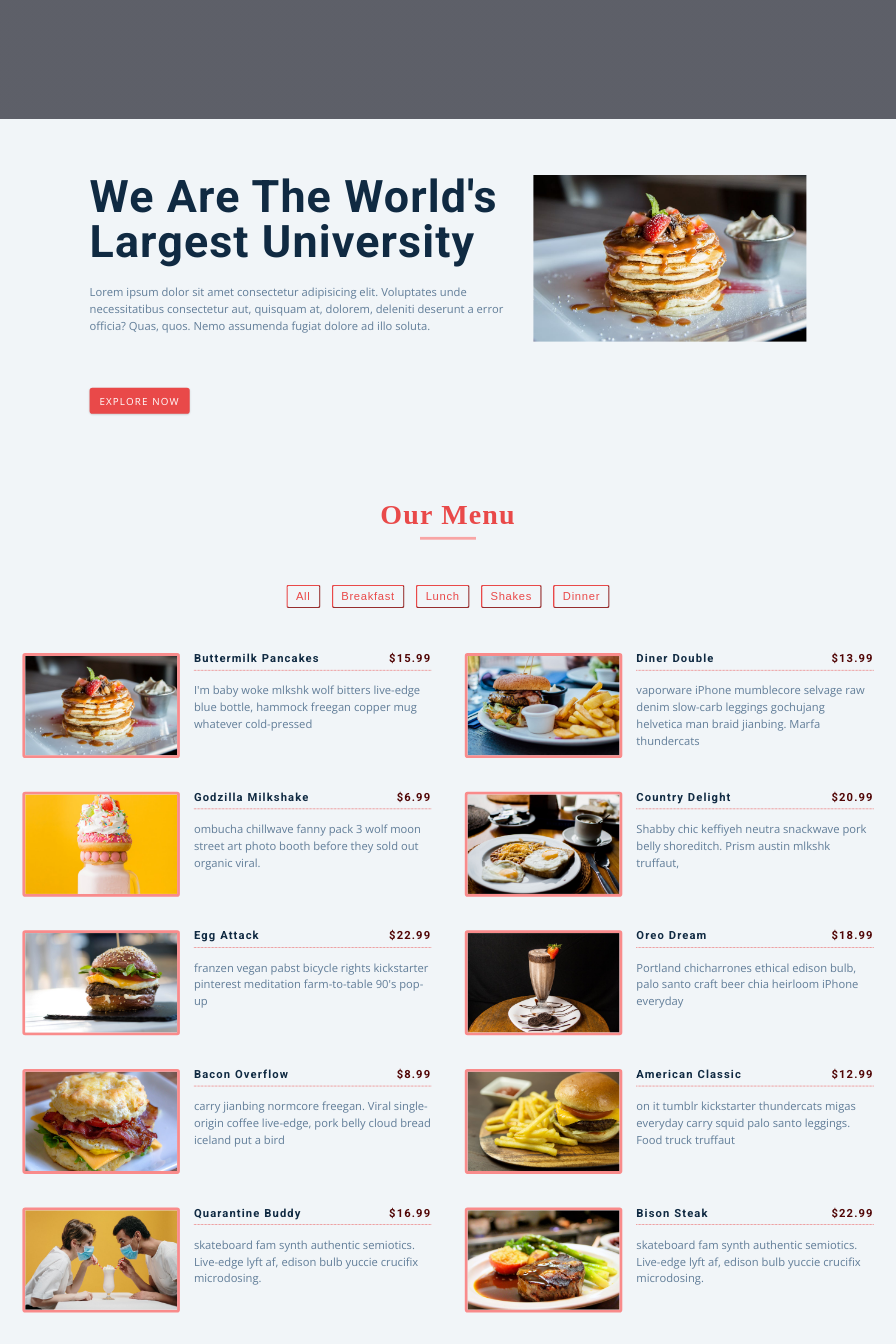
Repository: xoshiraghavx/Food-you
Page: index.html
An editor plug-in stored every save of this project. The page is shown before and after the next save, followed by the edit.
The browser window is 1280 px wide. The pictures show the part of the page from y = 550 to 2470 px (the page is 3226 px tall before and 3394 px after), at 70% of full size.
Pictures or frames that could not be fetched are drawn as grey boxes. Some web libraries are served in a nearby version.

Above is the page before, as saved 2022-12-03 09:17:59.

### index.html
<!DOCTYPE html>
<html lang="en">
  <head>
    <meta charset="UTF-8" />
    <meta name="viewport" content="width=device-width, initial-scale=1.0" />
    <title>interior design</title>
    <!-- font-awesome -->
    <link
      rel="stylesheet"
      href="https://cdnjs.cloudflare.com/ajax/libs/font-awesome/5.14.0/css/all.min.css"
    />

    <!-- styles -->
    <link rel="stylesheet" href="styles.css" />
  </head>
  <body>
<nav>
  <div class="nav-center">
    <div class="nav-header">
      <div class="logo-div">
      <img src="./img/logo.png" alt="logo" class="logo">
      <div class="logo-name">
      <p><span id="color"><b>FOOD </b><br><i>& you</i></span></p>
    </div>
    </div>
      <button class="nav-toggle">
        <i class="fas fa-bars"></i>
      </button>
    </div>
    <!-- links -->
    <!-- <ul class="links">

      <li>
        <a href="index.html">home</a>
      </li>
      <li>
    </ul> -->
    <!-- social media -->
    <ul class="social-icons">
      <li>
        <a href="https://www.facebook.com">
          <i class="fab fa-facebook"></i>
        </a>
      </li>
      <li>
        <a href="https://www.twitter.com">
          <i class="fab fa-twitter"></i>
        </a>
      </li>
      <li>
        <a href="https://www.instagram.com">
          <i class="fab fa-instagram"></i>
        </a>
      </li>
      <li>
        <a href="https://www.linkedin.com">
          <i class="fab fa-linkedin"></i>
        </a>
      </li>
      <li>
        <a href="https://www.twitter.com">
          <i class="fab fa-sketch"></i>
        </a>
      </li>
    </ul>
  </div>
</nav>
<header class="hero">
  <div class="banner">
    <h2>Looking for some food!</h2>
    <button class="btn modal-btn">Order Now</button>
  </div>
</header>
<div class="modal-overlay">
  <div class="modal-container">
    <br>
    <h3>Title</h3>
    <p>Lorem ipsum dolor sit amet consectetur adipisicing elit. Illo deleniti eum mollitia distinctio! Nesciunt dolor minima animi esse officia! Recusandae? Lorem ipsum dolor sit amet consectetur, adipisicing elit. Aspernatur, hic.</p>
    <button class="close-btn">
      <i class="fas fa-times"> </i>
    </button>
  </div>
</div>
    <!-- -------about us content---------->
    <section class="about-us">
      <div class="row">
          <div class="about-col">
              <h1>We are the world's largest university</h1>
              <p>Lorem ipsum dolor sit amet consectetur adipisicing elit. Voluptates unde necessitatibus consectetur aut, quisquam at, dolorem, deleniti deserunt a error officia? Quas, quos. Nemo assumenda fugiat dolore ad illo soluta.</p>
              <a href="" class="btn modal-btn">EXPLORE NOW</a>
          </div>
          <div class="about-col">
              <img src="./img/item-1.jpeg" alt="">
          </div>
      </div>
  </section>
<section class="menu">
  <div class="title">
    <h2>Our Menu</h2>
    <div class="underline"></div>
  </div>
  <div class="btn-container">
    <!-- <button class="filter-btn" type="button" data-id="all">all</button>
    <button class="filter-btn" type="button"data-id="breakfast">breakfast</button>
    <button class="filter-btn" type="button" data-id="lunch">lunch</button>
    <button class="filter-btn" type="button" data-id="shakes">shakes</button> -->
  </div>
    <div class="section-center">
      <!-- <article class="menu-item">
        <img src="./menu-item.jpeg" class="photo" alt="menu item">
        <div class="item-info">
          <header>
            <h4>buttermilk pancakes</h4>
            <h4 class="price">Rs 600/-</h4>
          </header>
          <p class="item-text">Lorem ipsum, dolor sit amet consectetur adipisicing elit. Dolore totam aliquid ut eius architecto magni cumque explicabo voluptate, repudiandae harum.</p>
        </div>
      </article> -->
    </div>
</section>
<section class="questions">
  <div class="title">
    <h2>general questions</h2>
  </div>
  <div class="question-center">
    <article class="question">
      <div class="question-title">
      <p>When will my order be delivered?</p>
      <button type="button" class="question-btn">
        <span class="plus-icon">
      <i class="far fa-plus-square"></i>
        </span>

        <span class="minus-icon">
      <i class="far fa-minus-square"></i>
        </span>

      </button>
    </div>
    <div class="question-text">
      <p>Estimated delivery are given against each products. While sincere efforts are being made to deliver the products within the given time frame factors like, availability, festive seasons, courier delays are bound to happen. These factors are constantly monitored to keep any inordinate delays under control.</p>
    </div>
    </article>
    <article class="question">
      <div class="question-title">
      <p>Do you offer Cash on Delivery?</p>
      <button type="button" class="question-btn">
        <span class="plus-icon">
      <i class="far fa-plus-square"></i>
        </span>

        <span class="minus-icon">
      <i class="far fa-minus-square"></i>
        </span>

      </button>
    </div>
    <div class="question-text">
      <p>Yes. We offer Cash on Delivery which most of the other websites don't offer.</p>
    </div>
    </article>
    <article class="question">
      <div class="question-title">
      <p>do you use organic indegridents?</p>
      <button type="button" class="question-btn">
        <span class="plus-icon">
      <i class="far fa-plus-square"></i>
        </span>

        <span class="minus-icon">
      <i class="far fa-minus-square"></i>
        </span>

      </button>
    </div>
    <div class="question-text">
      <p>We deliver the products that are fresh and systems are kept in place to source the best products and safely consign them to you. We don't stock the products but place once we receive orders.</p>
    </div>
    </article>
  </div>
</section>
<!-- --------footer--------- -->
<section class="footer">
  <h4 id="color">Food & you</h4>
  <p>Fulfill your comfort food cravings here.</p>
  <ul class="icons">
    <li>
      <a href="https://www.facebook.com">
        <i class="fab fa-facebook"></i>
      </a>
    </li>
    <li>
      <a href="https://www.twitter.com">
        <i class="fab fa-twitter"></i>
      </a>
    </li>
    <li>
      <a href="https://www.instagram.com">
        <i class="fab fa-instagram"></i>
      </a>
    </li>
    <li>
      <a href="https://www.linkedin.com">
        <i class="fab fa-linkedin"></i>
      </a>
    </li>
  </ul>
  <p>Made by <b id="color">oshi Raghav</b></p>
</section>
<!-- javascript -->
    <script src="app.js"></script>
  </body>
</html>

### styles.css
/*
===============
Fonts
===============
*/
@import url('https://fonts.googleapis.com/css?family=Open+Sans|Roboto:400,700&display=swap');

/*
===============
Variables
===============
*/

:root {
  /* dark shades of primary color*/
  --clr-primary-1: hsl(0, 86%, 17%);
  --clr-primary-2: hsl(0, 77%, 27%);
  --clr-primary-3: hsl(0, 72%, 37%);
  --clr-primary-4: hsl(0, 63%, 48%);
  /* primary/main color */
  --clr-primary-5: hsl(0, 78%, 60%);
  /* lighter shades of primary color */
  --clr-primary-6: hsl(0, 90%, 70%);
  --clr-primary-7: hsl(0, 90%, 76%);
  --clr-primary-8: hsl(0, 86%, 81%);
  --clr-primary-9: hsl(0, 90%, 88%);
  --clr-primary-10: hsl(0, 100%, 96%);
  /* darkest grey - used for headings */
  --clr-grey-1: hsl(209, 61%, 16%);
  --clr-grey-2: hsl(211, 39%, 23%);
  --clr-grey-3: hsl(209, 34%, 30%);
  --clr-grey-4: hsl(209, 28%, 39%);
  /* grey used for paragraphs */
  --clr-grey-5: hsl(210, 22%, 49%);
  --clr-grey-6: hsl(209, 23%, 60%);
  --clr-grey-7: hsl(211, 27%, 70%);
  --clr-grey-8: hsl(210, 31%, 80%);
  --clr-grey-9: hsl(212, 33%, 89%);
  --clr-grey-10: hsl(210, 36%, 96%);
  --clr-white: #fff;
  --clr-red-dark: hsl(360, 67%, 44%);
  --clr-red-light: hsl(360, 71%, 66%);
  --clr-green-dark: hsl(125, 67%, 44%);
  --clr-green-light: hsl(125, 71%, 66%);
  --clr-black: #222;
  --ff-primary: 'Roboto', sans-serif;
  --ff-secondary: 'Open Sans', sans-serif;
  --transition: all 0.3s linear;
  --spacing: 0.1rem;
  --radius: 0.25rem;
  --light-shadow: 0 5px 15px rgba(0, 0, 0, 0.1);
  --dark-shadow: 0 5px 15px rgba(0, 0, 0, 0.2);
  --max-width: 1170px;
  --fixed-width: 620px;
}
/*
===============
Global Styles
===============
*/

*,
::after,
::before {
  margin: 0;
  padding: 0;
  box-sizing: border-box;
}
body {
  font-family: var(--ff-secondary);
  background: var(--clr-grey-10);
  color: var(--clr-grey-1);
  line-height: 1.5;
  font-size: 0.875rem;
}
ul {
  list-style-type: none;
}
a {
  text-decoration: none;
}
img:not(.logo) {
  width: 100%;
}
img {
  display: block;
}
h1,
h2,
h3,
h4 {
  letter-spacing: var(--spacing);
  text-transform: capitalize;
  line-height: 1.25;
  margin-bottom: 0.75rem;
  font-family: var(--ff-primary);
}
h1 {
  font-size: 3rem;
}
h2 {
  font-size: 2rem;
}
h3 {
  font-size: 1.25rem;
}
h4 {
  font-size: 0.875rem;
}
p {
  margin-bottom: 1.25rem;
  color: var(--clr-grey-5);
}
@media screen and (min-width: 800px) {
  h1 {
    font-size: 4rem;
  }
  h2 {
    font-size: 2.5rem;
  }
  h3 {
    font-size: 1.75rem;
  }
  h4 {
    font-size: 1rem;
  }
  body {
    font-size: 1rem;
  }
  h1,
  h2,
  h3,
  h4 {
    line-height: 1;
  }
}
/*  global classes */
.btn {
  text-transform: uppercase;
  background: transparent;
  color: var(--clr-black);
  padding: 0.375rem 0.75rem;
  letter-spacing: var(--spacing);
  display: inline-block;
  transition: var(--transition);
  font-size: 0.875rem;
  border: 2px solid var(--clr-black);
  cursor: pointer;
  box-shadow: 0 1px 3px rgba(0, 0, 0, 0.2);
  border-radius: var(--radius);
}
.btn:hover {
  color: var(--clr-white);
  background: var(--clr-black);
}
/* section */
.section {
  padding: 5rem 0;
}


@media screen and (min-width: 992px) {
  .section-center .question-center {
    width: 95vw;
  }
}
main {
  min-height: 100vh;
  display: grid;
  place-items: center;
}

/*
===============
Navbar
===============
*/
nav {
  background: var(--clr-white);
  box-shadow: var(--light-shadow);
  position: fixed;
  width: 100%;
}
.nav-header {
  display: flex;
  align-items: center;
  justify-content: space-between;
  padding: 1rem;
}
.nav-toggle {
  font-size: 1.5rem;
  color: var(--clr-primary-5);
  background: transparent;
  border-color: transparent;
  transition: var(--transition);
  cursor: pointer;
}
.nav-toggle:hover {
  color: var(--clr-primary-1);
  transform: rotate(90deg);
}
.logo-div{
  display: flex;
}
.logo {
  height: 90px;
  width: 90px;
}
.logo-name{
  margin-top: 20px;
}
#color{
  color: var(--clr-red-dark);

}
/* .links a {
  color: var(--clr-grey-3);
  font-size: 1rem;
  text-transform: capitalize;
  letter-spacing: var(--spacing);
  display: block;
  padding: 0.5rem 1rem;
  transition: var(--transition);
}
.links a:hover {
  background: var(--clr-primary-8);
  color: var(--clr-primary-5);
  padding-left: 1.5rem;
} */
.social-icons {
  display: none;
}
/* .links {
  height: 0;
  overflow: hidden;
  transition: var(--transition);
} */
.show-links {
  height: 10rem;
}
@media screen and (min-width: 800px) {
  .nav-center {
    max-width: 1170px;
    margin: 0 auto;
    display: flex;
    align-items: center;
    justify-content: space-between;
    padding: 1rem;
  }
  .nav-header {
    padding: 0;
  }
  .nav-toggle {
    display: none;
  }
  /* .links {
    height: auto;
    display: flex;
  }
  .links a {
    padding: 0;
    margin: 0 0.5rem;
  }
  .links a:hover {
    padding: 0;
    background: transparent;
  } */

  .social-icons {
    display: flex;
  }
  .social-icons a {
    margin: 0 0.5rem;
    color: var(--clr-primary-4);
    transition: var(--transition);
  }
  .social-icons a:hover {
    color: var(--clr-primary-7);
  }
}
/* modal css  */
.hero {
  height: 100vh;
  background: linear-gradient(rgba(4, 9, 30, 0.421),rgba(4, 9, 30, 0.421)),url("https://discovertemplate.com/wp-content/uploads/2020/11/DT_G62_Food-drink-Animated-GIF-Icon-Pack.gif") center/cover no-repeat;
  display: grid;
  place-items: center;
}
.banner {
  background: var(--clr-white);
  padding: 4rem 0;
  border-radius: var(--radius);
  box-shadow: var(--light-shadow);
  text-align: center;
  width: 90vw;
  max-width: var(--fixed-width);
}
.modal-btn {
  margin-top: 2rem;
  background: var(--clr-primary-5);
  border-color: var(--clr-primary-5);
  color: var(--clr-white);
}
.modal-btn:hover {
  background: transparent;
  color: var(--clr-primary-5);
}
.modal-overlay {
  position: fixed;
  top: 0;
  left: 0;
  width: 100%;
  height: 100%;
  background: hsla(209, 61%, 16%, 0.77);
  display: grid;
  place-items: center;
  transition: var(--transition);
  visibility: hidden;
  z-index: -10;
}
/* OPEN/CLOSE MODAL */
.open-modal {
  visibility: visible;
  z-index: 10;
}
.modal-container {
  background: var(--clr-white);
  border-radius: var(--radius);
  width: 90vw;
  height: 30vh;
  max-width: var(--fixed-width);
  text-align: center;
  display: grid;
  place-items: center;
  position: relative;
}
.close-btn {
  position: absolute;
  top: 1rem;
  right: 1rem;
  font-size: 2rem;
  background: transparent;
  border-color: transparent;
  color: var(--clr-red-dark);
  cursor: pointer;
  transition: var(--transition);
}
.close-btn:hover {
  color: var(--clr-red-light);
  transform: scale(1.3);
}
/* menu css */

.menu {
  padding: 1rem 0;
}
.title {
  text-align: center;
  margin-bottom: 2rem;
}
.underline {
  width: 5rem;
  height: 0.25rem;
  background: var(--clr-primary-8);
  margin-left: auto;
  margin-right: auto;
}
.btn-container {
  margin-bottom: 4rem;
  display: flex;
  justify-content: center;
}
.filter-btn {
  background: transparent;
  border-color: var(--clr-primary-5);
  font-size: 1rem;
  text-transform: capitalize;
  margin: 0 0.5rem;
  letter-spacing: 1px;
  border-radius: var(--radius);
  padding: 0.375rem 0.75rem;
  color: var(--clr-primary-5);
  cursor: pointer;
  transition: var(--transition);
}
.filter-btn:hover {
  background: var(--clr-primary-5);
  color: var(--clr-white);
}
.section-center .question-center{
  width: 90vw;
  max-width: 1170px;
}
.section-center{
  display: grid;
  margin: 0 auto;
  gap: 3rem 3rem;
  justify-items: center;
}
.menu-item {
  display: grid;
  gap: 1rem 2rem;
  max-width: 25rem;
}
.photo {
  object-fit: cover;
  height: 200px;
  border: 0.25rem solid var(--clr-primary-7);
  border-radius: var(--radius);
}
.item-info header {
  display: flex;
  justify-content: space-between;
  border-bottom: 0.5px dotted var(--clr-primary-5);
}
.item-info h4 {
  margin-bottom: 0.5rem;
}
.price {
  color: var(--clr-primary-1);
}
.item-text {
  margin-bottom: 0;
  padding-top: 1rem;
}

@media screen and (min-width: 768px) {
  .menu-item {
    grid-template-columns: 225px 1fr;
    gap: 0 1.25rem;
    max-width: 40rem;
  }
  .photo {
    height: 175px;
  }
}
@media screen and (min-width: 1200px) {
  .section-center {
    width: 95vw;
    grid-template-columns: 1fr 1fr;
  }
  .photo {
    height: 150px;
  }
}

/*
===============
Questions
===============
*/
.title {
  margin-top: 15vh;
  margin-bottom: 4rem;
}
.title h2 {
  color: var(--clr-primary-5);
  font-family: "Great Vibes", cursive;
  text-align: center;
}
.question-center {
  max-width: var(--fixed-width);
  margin: 0 auto;
}
.question {
  background: var(--clr-white);
  border-radius: var(--radius);
  box-shadow: var(--light-shadow);
  padding: 1.5rem 1.5rem 0 1.5rem;
  margin-bottom: 2rem;
}
.question-title {
  display: flex;
  justify-content: space-between;
  align-items: center;
  text-transform: capitalize;
  padding-bottom: 1rem;
}
.question-title p {
  margin-bottom: 0;
  letter-spacing: var(--spacing);
  color: var(--clr-grey-1);
}
.question-btn {
  font-size: 1.5rem;
  background: transparent;
  border-color: transparent;
  cursor: pointer;
  color: var(--clr-primary-5);
  transition: var(--transition);
}
.question-btn:hover {
  transform: rotate(90deg);
}
.question-text {
  padding: 1rem 0 1.5rem 0;
  border-top: 1px solid rgba(0, 0, 0, 0.2);
}
.question-text p {
  margin-bottom: 0;
}
/* hide text */
.question-text {
  display: none;
}
.show-text .question-text {
  display: block;
}
.minus-icon {
  display: none;
}
.show-text .minus-icon {
  display: inline;
}
.show-text .plus-icon {
  display: none;
}
/* ---------footer----------- */
.footer{
  width: 100%;
  text-align: center;
  padding: 30px 0;
  background: var(--clr-primary-10);
}
.footer h4{
  margin-bottom: 25px;
  margin-top: 20px;
  font-weight: 600;
}
.icons{
  display: flex;
  flex-direction: row;
  justify-content: center;
  align-items: center;
}
.icons .fab{
  color: var(--clr-primary-5);
  margin: 0 13px;
  cursor: pointer;
  padding: 18px 0;
}
/* -------about us page------- */
.about-us{
  width: 80%;
  margin: auto;
  padding-top: 5rem;
}
.about-col img{
  width: 100%;
}
.about-col p{
  padding: 15px 0 25px;
}
/* .red-btn{
  border: 1px solid #f44336;
  background: transparent;
  color: #f44336;
}
.red-btn:hover{
  color: #fff;
} */
.row{
  display: flex;
  flex-direction: row;
}

### app.js
// // classList - shows/gets all classes
// // contains - checks classList for specific class
// // add - add class
// // remove - remove class
// // toggle - toggles class

const navToggle = document.querySelector(".nav-toggle");
const links = document.querySelector(".links");

navToggle.addEventListener('click', () =>{
    links.classList.toggle("show-links")
})


// // modal js

const modalBtn = document.querySelector(".modal-btn");
const modal      = document.querySelector(".modal-overlay");
const closeBtn = document.querySelector(".close-btn");

modalBtn.addEventListener('click',() =>{
    modal.classList.add('open-modal');
})
closeBtn.addEventListener('click',() =>{
    modal.classList.remove('open-modal');
})
//menu
const menu = [
    {
      id: 1,
      title: "buttermilk pancakes",
      category: "breakfast",
      price: 15.99,
      img: "./img/item-1.jpeg",
      desc: `I'm baby woke mlkshk wolf bitters live-edge blue bottle, hammock freegan copper mug whatever cold-pressed `,
    },
    {
      id: 2,
      title: "diner double",
      category: "lunch",
      price: 13.99,
      img: "./img/item-2.jpeg",
      desc: `vaporware iPhone mumblecore selvage raw denim slow-carb leggings gochujang helvetica man braid jianbing. Marfa thundercats `,
    },
    {
      id: 3,
      title: "godzilla milkshake",
      category: "shakes",
      price: 6.99,
      img: "./img/item-3.jpeg",
      desc: `ombucha chillwave fanny pack 3 wolf moon street art photo booth before they sold out organic viral.`,
    },
    {
      id: 4,
      title: "country delight",
      category: "breakfast",
      price: 20.99,
      img: "./img/item-4.jpeg",
      desc: `Shabby chic keffiyeh neutra snackwave pork belly shoreditch. Prism austin mlkshk truffaut, `,
    },
    {
      id: 5,
      title: "egg attack",
      category: "lunch",
      price: 22.99,
      img: "./img/item-5.jpeg",
      desc: `franzen vegan pabst bicycle rights kickstarter pinterest meditation farm-to-table 90's pop-up `,
    },
    {
      id: 6,
      title: "oreo dream",
      category: "shakes",
      price: 18.99,
      img: "./img/item-6.jpeg",
      desc: `Portland chicharrones ethical edison bulb, palo santo craft beer chia heirloom iPhone everyday`,
    },
    {
      id: 7,
      title: "bacon overflow",
      category: "breakfast",
      price: 8.99,
      img: "./img/item-7.jpeg",
      desc: `carry jianbing normcore freegan. Viral single-origin coffee live-edge, pork belly cloud bread iceland put a bird `,
    },
    {
      id: 8,
      title: "american classic",
      category: "lunch",
      price: 12.99,
      img: "./img/item-8.jpeg",
      desc: `on it tumblr kickstarter thundercats migas everyday carry squid palo santo leggings. Food truck truffaut  `,
    },
    {
      id: 9,
      title: "quarantine buddy",
      category: "shakes",
      price: 16.99,
      img: "./img/item-9.jpeg",
      desc: `skateboard fam synth authentic semiotics. Live-edge lyft af, edison bulb yuccie crucifix microdosing.`,
    },
    {
      id: 10,
      title: "bison steak",
      category: "dinner",
      price: 22.99,
      img: "./img/item-10.jpeg",
      desc: `skateboard fam synth authentic semiotics. Live-edge lyft af, edison bulb yuccie crucifix microdosing.`,
    },
  ];
  // get parent element
  const sectionCenter = document.querySelector(".section-center");
  const btnContainer = document.querySelector(".btn-container");
  // display all items when page loads
  window.addEventListener("DOMContentLoaded", function () {
    diplayMenuItems(menu);
    displayMenuButtons();
  });

  function diplayMenuItems(menuItems) {
    let displayMenu = menuItems.map(function (item) {
      // console.log(item);

      return `<article class="menu-item">
            <img src=${item.img} alt=${item.title} class="photo" />
            <div class="item-info">
              <header>
                <h4>${item.title}</h4>
                <h4 class="price">$${item.price}</h4>
              </header>
              <p class="item-text">
                ${item.desc}
              </p>
            </div>
          </article>`;
    });
    displayMenu = displayMenu.join("");
    // console.log(displayMenu);

    sectionCenter.innerHTML = displayMenu;
  }
  function displayMenuButtons() {
    const categories = menu.reduce(
      function (values, item) {
        if (!values.includes(item.category)) {
          values.push(item.category);
        }
        return values;
      },
      ["all"]
    );
    const categoryBtns = categories
      .map(function (category) {
        return `<button type="button" class="filter-btn" data-id=${category}>
            ${category}
          </button>`;
      })
      .join("");

    btnContainer.innerHTML = categoryBtns;
    const filterBtns = btnContainer.querySelectorAll(".filter-btn");
    // console.log(filterBtns);

    filterBtns.forEach(function (btn) {
      btn.addEventListener("click", function (e) {
        // console.log(e.currentTarget.dataset);
        const category = e.currentTarget.dataset.id;
        const menuCategory = menu.filter(function (menuItem) {
          // console.log(menuItem.category);
          if (menuItem.category === category) {
            return menuItem;
          }
        });
        if (category === "all") {
          diplayMenuItems(menu);
        } else {
          diplayMenuItems(menuCategory);
        }
      });
    });
  }




// //questions css

const btns = document.querySelectorAll(".question-btn");

btns.forEach(function (btn) {
    btn.addEventListener('click', function (e) {
        const question =( e.currentTarget.parentElement.parentElement);
        question.classList.toggle("show-text");
    });
});

After the next save:
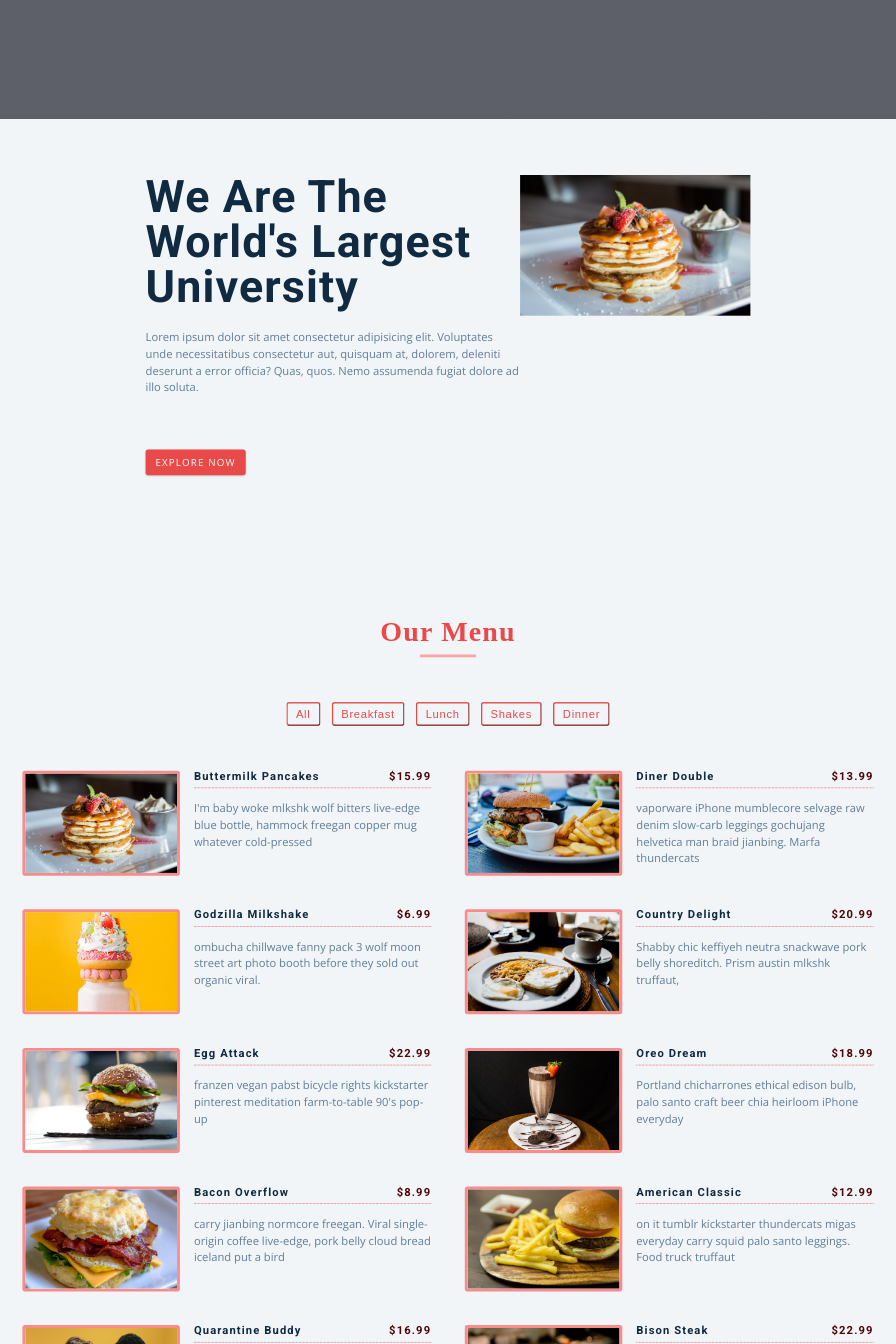
Saved 49 s later.
--- a/styles.css
+++ b/styles.css
@@ -542,7 +542,7 @@ Questions
 .about-us{
   width: 80%;
   margin: auto;
-  padding-top: 5rem;
+  padding: 5rem;
 }
 .about-col img{
   width: 100%;
